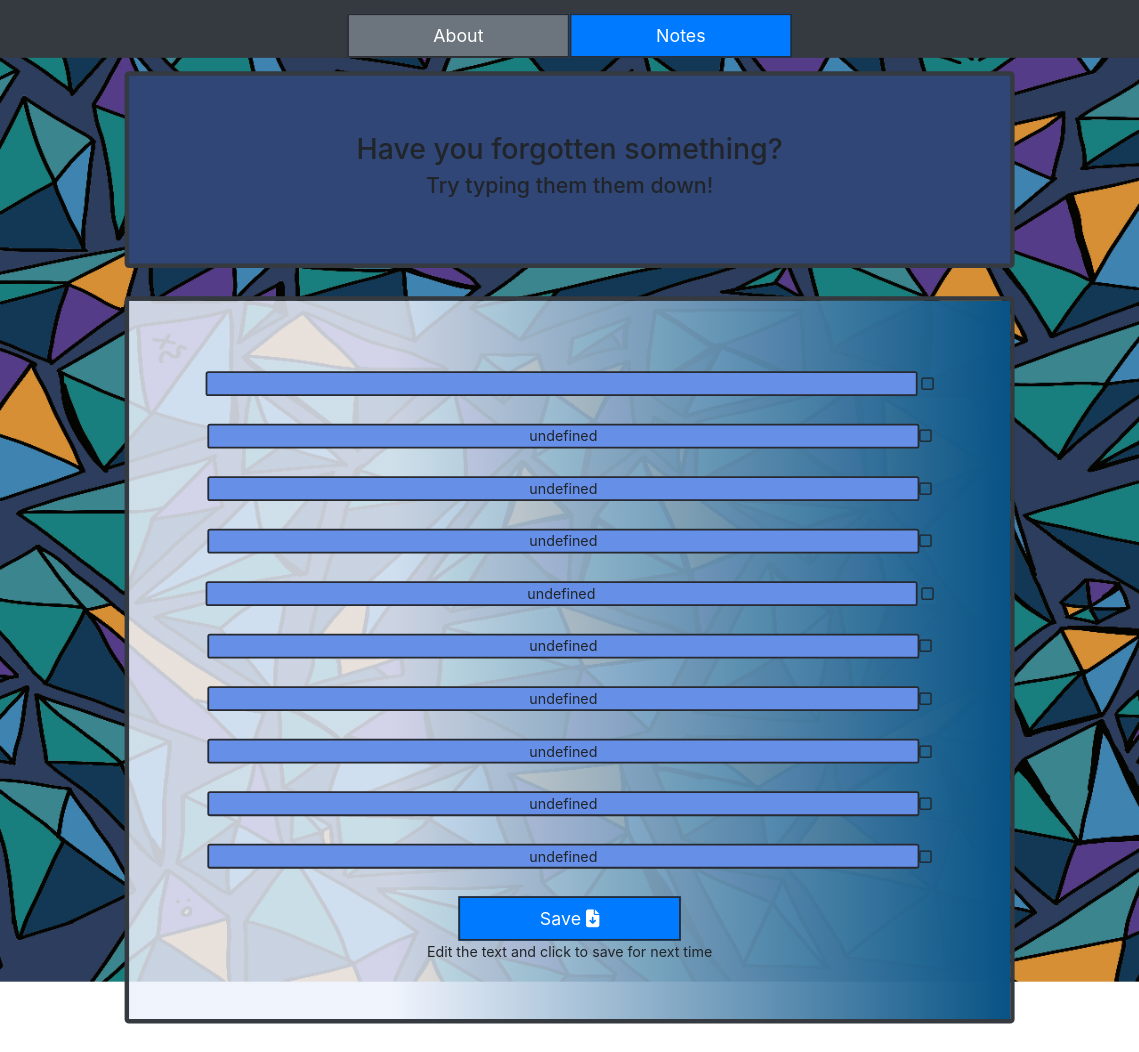
Repository: Kamicoda/Mynote
Page: index.html
The author's editor kept a record of every edit. The page is drawn from the files as they stood at one moment, then again after the next edit.
The browser window is 1280 px wide. The pictures show the whole page, at 89% of full size.
Backgrounds fixed to the window are drawn as part of the page. Some web fonts or font styles are not loaded; a fallback is used. Some web libraries are served in a nearby version.

Above is the page before.

### index.html
<!DOCTYPE html>
<html lang="en">

<head>
    <meta charset="UTF-8">
    <meta name="viewport" content="width=device-width, initial-scale=1.0">
    <meta http-equiv="X-UA-Compatible" content="ie=edge">
    <title>Document</title>


    <!--Bootstrap-->
    <link rel="stylesheet" href="https://maxcdn.bootstrapcdn.com/bootstrap/4.2.1/css/bootstrap.min.css" type="text/css" />
    <link rel="stylesheet" href="https://cdnjs.cloudflare.com/ajax/libs/hover.css/2.3.1/css/hover-min.css" type="text/css" />
    <!--Css-->
    <link rel="stylesheet" href="assets/style/style.css" type="text/css" />
    <!--Jquery-->
    <script src="https://code.jquery.com/jquery-3.4.1.min.js" integrity="sha256-CSXorXvZcTkaix6Yvo6HppcZGetbYMGWSFlBw8HfCJo=" crossorigin="anonymous"></script>

    <!--Scripts-->
    <script src="https://kit.fontawesome.com/06adabaaa3.js"></script>
    <script type="text/javascript" src="assets/js/script1.js"></script>
    <script type="text/javascript" src="assets/js/script2.js"></script>


</head>

<body class="bgbody" onload="checkEdits()">

    <!--navigation-->
    <div class="container-fluid bg-dark">
        <ul class="nav justify-content-center w-100">
            <li class="nav-item">
                <button id="aboutNav" type="button" class="btn btn-secondary btn-lg border border-light">About</button>
            </li>
            <li class="nav-item">
                <button id="notesNav" type="button" class="btn btn-primary btn-lg border border-light">Notes</button>
            </li>

        </ul>
    </div>

    <div class="jumbotron border border-dark header bg-grey mx-auto">
        <h2> Have you forgotten something?</h2>
        <h4>Try typing them them down!</h4>
    </div>

    <div class="jumbotron border border-dark cont header mx-auto">
        <div class="container-flex">


            <section id="aboutSec">
                <div class="row">
                    <div class="col">
                        <h1>About</h1>
                        <p>here to help you remember!</p>
                        <div class="row">
                            <div class="col-6">
                                <p>this website should make writing things down a little easier there are a few geatures to be added at some point, these include a printable nates list, the ability to create and delete your notes, ability to add thumbnails
                                    with your links(WIP) and more!</p>
                            </div>
                            <div class="col-4">
                                <p>to use this site simply type in your thoughts and click save!</p>
                            </div>
                        </div>
                    </div>
                </div>
        </div>
        </section>

        <section id="notesSec">
            <div class="row">

                <div class="col-12">
                    <div id="editList" class="row">

                        <div class="col-12">
                            <p id="edit" contenteditable="true" class="editableP border border-light"></p>
                            <div id="checkBox" class="checkbox">
                        <i id="fasquare" class="far fa-square"></i>
                        <i id="fabox" class="far fa-check-square"></i>
                    </div>
                        </div>

                        <div class="col-12">
                            <p id="edit1" contenteditable="true" class="editableP border border-light"></p><div id="checkBox1" class="checkbox">
                        <i id="fasquare" class="far fa-square"></i>
                        <i class="far fa-check-square"></i>
                    </div>
                        </div>

                        <div class="col-12">
                            <p id="edit2" contenteditable="true" class="editableP border border-light"></p><div id="checkBox2" class="checkbox">
                        <i id="fasquare" class="far fa-square"></i>
                        <i class="far fa-check-square"></i>
                    </div>
                        </div>

                        <div class="col-12">
                            <p id="edit3" contenteditable="true" class="editableP border border-light"></p><div id="checkBox3" class="checkbox">
                        <i id="fasquare" class="far fa-square"></i>
                        <i class="far fa-check-square"></i>
                    </div>
                        </div>

                        <div class="col-12">
                            <p id="edit4" contenteditable="true" class="editableP border border-light"></p> <div id="checkBox4" class="checkbox">
                        <i class="far fa-square"></i>
                        <i class="far fa-check-square"></i>
                    </div>
                        </div>

                        <div class="col-12">
                            <p id="edit5" contenteditable="true" class="editableP border border-light"></p><div id="checkBox5" class="checkbox">
                        <i class="far fa-square"></i>
                        <i class="far fa-check-square"></i>
                    </div>
                        </div>

                        <div class="col-12">
                            <p id="edit6" contenteditable="true" class="editableP border border-light"></p><div id="checkBox6" class="checkbox">
                        <i class="far fa-square"></i>
                        <i class="far fa-check-square"></i>
                    </div>
                        </div>

                        <div class="col-12">
                            <p id="edit7" contenteditable="true" class="editableP border border-light"></p><div id="checkBox7" class="checkbox">
                        <i class="far fa-square"></i>
                        <i class="far fa-check-square"></i>
                    </div>
                        </div>

                        <div class="col-12">
                            <p id="edit8" contenteditable="true" class="editableP border border-light"></p><div id="checkBox8" class="checkbox">
                        <i class="far fa-square"></i>
                        <i class="far fa-check-square"></i>
                    </div>
                        </div>

                        <div class="col-12">
                            <p id="edit9" contenteditable="true" class="editableP border border-light"></p><div id="checkBox9" class="checkbox">
                        <i class="far fa-square"></i>
                        <i class="far fa-check-square"></i>
                    </div>

                            <div>
                                <button type="button " onclick="save()" class="btn btn-primary btn-lg border border-light saveButton">Save
                        <i class="fas fa-file-download"></i></button>
                            </div>

                            <div id="update"> Edit the text and click to save for next time </div>
                        </div>
                    </div>
                </div>
            </div>
        </section>
    </div>

</body>
<footer>

</footer>

</html>

### assets/style/style.css
@import url('https://fonts.googleapis.com/css?family=Roboto:100,200,300,400,500,600,700|Exo:100,200,300,400,500,600,700|Six Caps:100,200,300,400,500,600,700');
/* Palette URL: http://paletton.com/#uid=a3K0o0k6J95irOtlmmkmW6wBrbb */

/* Feel free to copy&paste color codes to your application */

/* As RGBa codes */

/*
base-grey
RGB: 38–41–47

dark blu
RGB: 9–26–63

light grey
RGB: 126–135–155

blue
RGB: 48–70–118

light blue
RGB: 102–143–232

*/

/* Generated by Paletton.com © 2002-2014 */

/* http://paletton.com */

/*Colors*/

.bg-dark {
    background-color: rgba(39, 42, 48, 1);
}

.bg-grey {
    background-color: rgba(48, 70, 119, 1);
}

.bg-light {
    background-color: rgba(72, 63, 57, 0.5);

}

/*background*/
.border-dark {
    margin-top: 15px;
    border-width: 5px !important;

    border-bottom-style: solid;
    border-color: rgba(39, 42, 48, 1);
}

.border-light {
    margin-top: 15px;
    border-width: 2px !important;

    border-bottom-style: solid;
    border-color: rgba(39, 42, 48, 1) !important;
    border-radius: 3px;
}

.bgbody {
    background: url("notesBg.jpg");
    Margin: 0;
    background-position: top;
    background-repeat: no-repeat;
    background-attachment: fixed;
    min-width: 100%;
    z-index: -1;
}

.navigationbackground {
    position: fixed;
    height: 100%;
    width: 100%;
}


.btn {
    border-radius: 0;
    width: 250px;
}

.header {
    text-align: center;
    width: 1000px;

    }

.editableP {
    padding: 5;
    background-color: rgba(102, 143, 232, 1);
    display: inline-block;
    width: 800px;
}

.cont {
  background: rgb(236,241,252);
background: linear-gradient(90deg, rgba(236,241,252,0.835171568627451) 30%, rgba(7,83,133,1) 100%);

}


.ul .li {
    list-style: none;
}

.checkbox {
    margin-bottom: 16px;
    text-align: left;
    display: inline-block;
}

### assets/js/script1.js
//Buttons
$(document).ready(function() {

    $('#aboutSec').toggle();
    $('#notesSec').show();
    $('#gamesSec').toggle();
    $('#linksSec').toggle();
    $('.fa-check-square').toggle();

    //$('#item').toggle();
    //$('#item1').toggle();
    //$('#item2').toggle();

    $('#aboutNav').on('click', function() {
        $('#aboutSec').toggle(1000);

    });

    $('#notesNav').on('click', function() {
        $('#notesSec').toggle(1000);

    });

    $('#gamesNav').on('click', function() {
        $('#gamesSec').toggle(1000);

    });

    $('#linksNav').on('click', function() {
        $('#menu3').toggle();
        $('#linksSec').toggle(1000);

    });

    $('#checkBox').on('click', function() {
        $('#fasquare').toggle();
        $('#fabox').toggle();
    });

    $('#checkBox1').on('click', function() {
       $('#fasquare').toggle();
        $('#fabox').toggle();
    });

    $('#checkBox2').on('click', function() {
       $('#fasquare').toggle();
        $('#fabox').toggle();
    });

    $('#checkBox3').on('click', function() {
       $('#fasquare').toggle();
        $('#fabox').toggle();
    });

    $('#checkBox4').on('click', function() {
        $('#fasquare').toggle();
        $('#fabox').toggle();
    });

    $('#checkBox5').on('click', function() {

    });

    $('#checkBox6').on('click', function() {

    });

    $('#checkBox7').on('click', function() {

    });

    $('#checkBox8').on('click', function() {

    });

    $('#checkBox9').on('click', function() {

    });


    // $('#new').on('click', function() {
    //  count += 1;
    //  $('#item' + count).show()
    //$('#editList').append(`<p id="edit` + count + `" contenteditable="true" class="editableP"></p><button type="button " onclick="save`+ count +`()" class="saveButton">Save
    // <i class="fas fa-file-download"></i></button>`);

    // });
});

// this is adding numbers to the ID "edit"
var count = 0;

### assets/js/script2.js

function save() {
localStorage.userEdits = document.getElementById("edit").innerText;
localStorage.userEdits1 = document.getElementById("edit1").innerText;
localStorage.userEdits2 = document.getElementById("edit2").innerText;
localStorage.userEdits3 = document.getElementById("edit3").innerText;
localStorage.userEdits4 = document.getElementById("edit4").innerText;
localStorage.userEdits5 = document.getElementById("edit5").innerText;
localStorage.userEdits6 = document.getElementById("edit6").innerText;
localStorage.userEdits7 = document.getElementById("edit7").innerText;
localStorage.userEdits8 = document.getElementById("edit8").innerText;
localStorage.userEdits9 = document.getElementById("edit9").innerText;

document.getElementById("update").innerHTML="Edits saved!";
}

function checkEdits() {

if(localStorage.userEdits!=null)
document.getElementById("edit").innerHTML = localStorage.userEdits;
document.getElementById("edit1").innerHTML = localStorage.userEdits1;
document.getElementById("edit2").innerHTML = localStorage.userEdits2;
document.getElementById("edit3").innerHTML = localStorage.userEdits3;
document.getElementById("edit4").innerHTML = localStorage.userEdits4;
document.getElementById("edit5").innerHTML = localStorage.userEdits5;
document.getElementById("edit6").innerHTML = localStorage.userEdits6;
document.getElementById("edit7").innerHTML = localStorage.userEdits7;
document.getElementById("edit8").innerHTML = localStorage.userEdits8;
document.getElementById("edit9").innerHTML = localStorage.userEdits9;
}

//original code idea from https://www.developerdrive.com/allowing-users-to-edit-text-content-with-html5/
//with some tweaking


//

After the next edit:
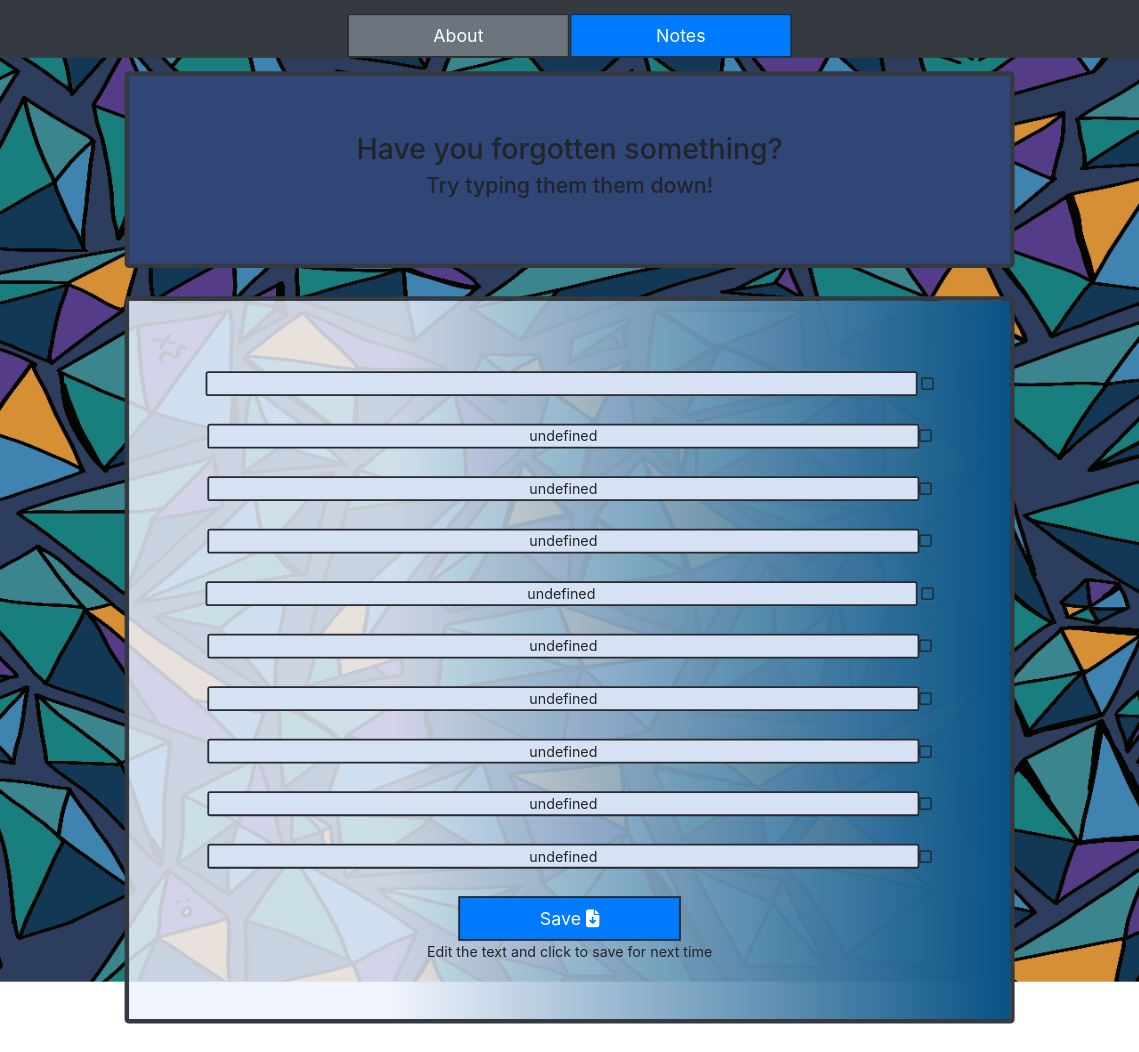
The edit:
--- a/assets/style/style.css
+++ b/assets/style/style.css
@@ -90,7 +90,7 @@
 
 .editableP {
     padding: 5;
-    background-color: rgba(102, 143, 232, 1);
+    background-color: rgba(214, 226, 243, 1);
     display: inline-block;
     width: 800px;
 }
